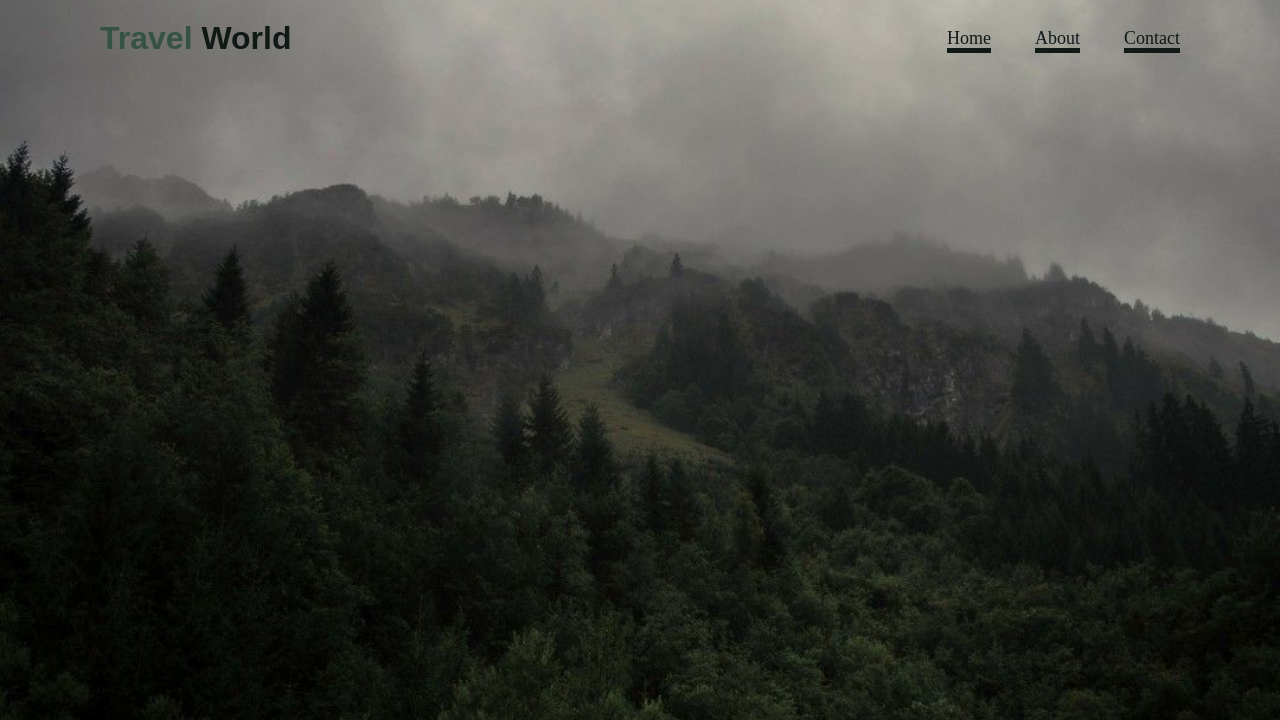
Repository: Haakim19/TravelWorld
Page: html/index.html
An editor plug-in stored every save of this project. The page is shown before and after the next save, followed by the edit.
The browser window is 1280 px wide. The pictures show the whole page.

Above is the page before, as saved 2024-10-30 23:46:10.

After the next save:
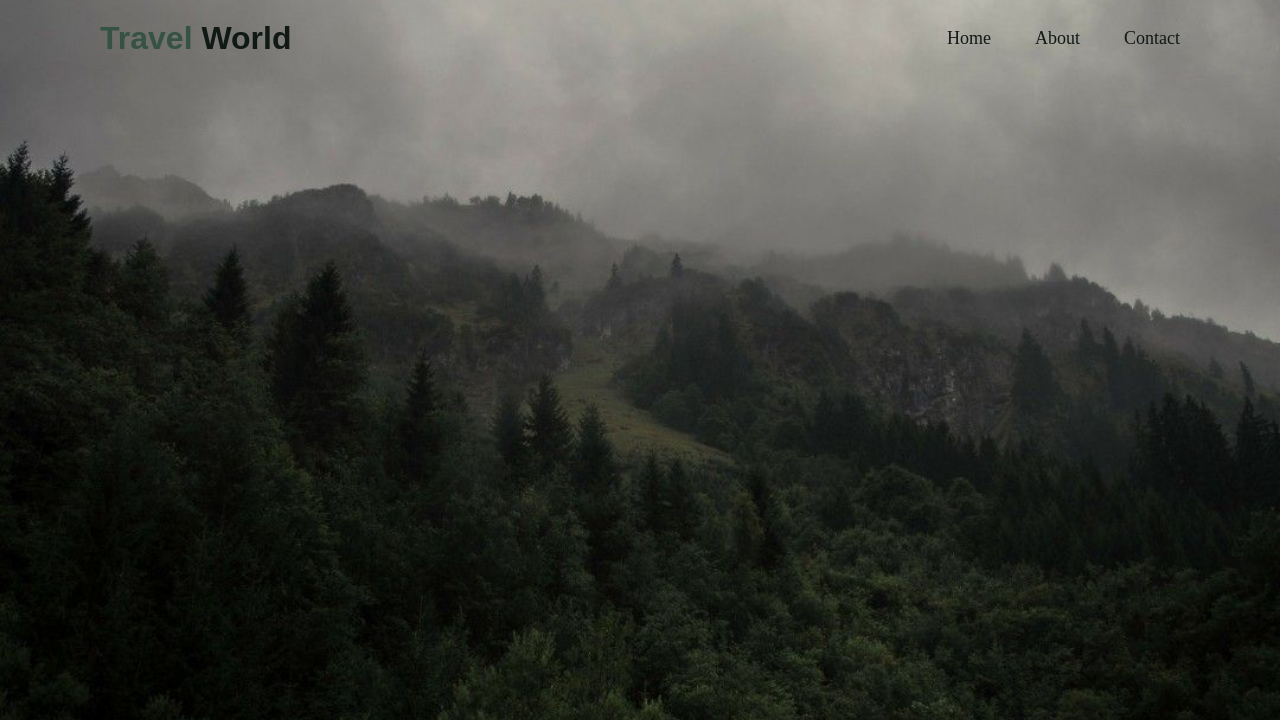
Saved 33 s later.
--- a/css/main.css
+++ b/css/main.css
@@ -52,13 +52,13 @@ body{
     content: '';
     position: absolute;
     top: 100%;
+    width: 0;
     left: 0;
-    width: 100%;
     height: 5px;
     background: var(--color1);
 }
 .navbar a:hover::before{
-    width: 0;
+    width: 100%;
     transition: 0.5s;
 }
 /* div #hedding{
